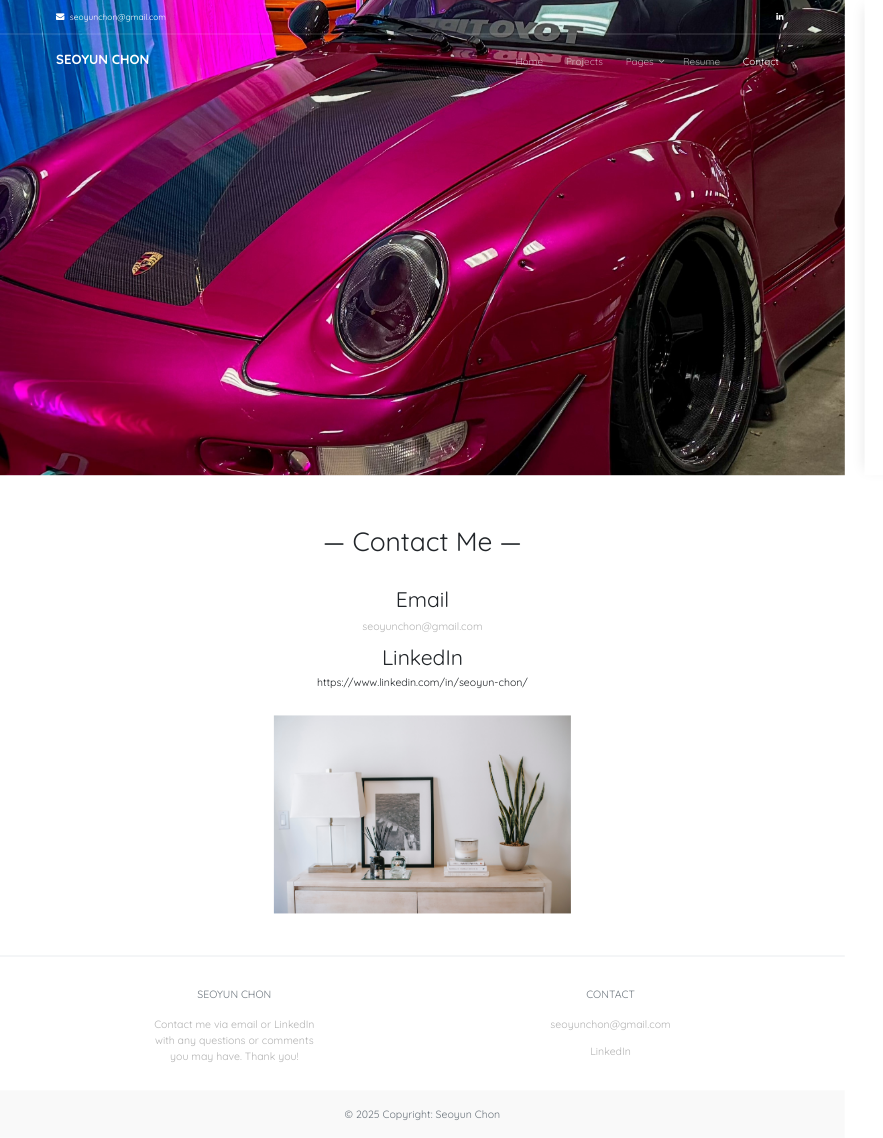
Repository: schon02/seoyun-chon-portfolio
Page: contact_page.html
An editor plug-in stored every save of this project. The page is shown before and after the next save, followed by the edit.
The browser window is 1280 px wide. The page is 1338 px wide, so the pictures cover 1338 px, including what lies to the right of the window. The pictures show the whole page, at 66% of full size.

Above is the page before, as saved 2025-01-26 19:19:26.

After the next save:
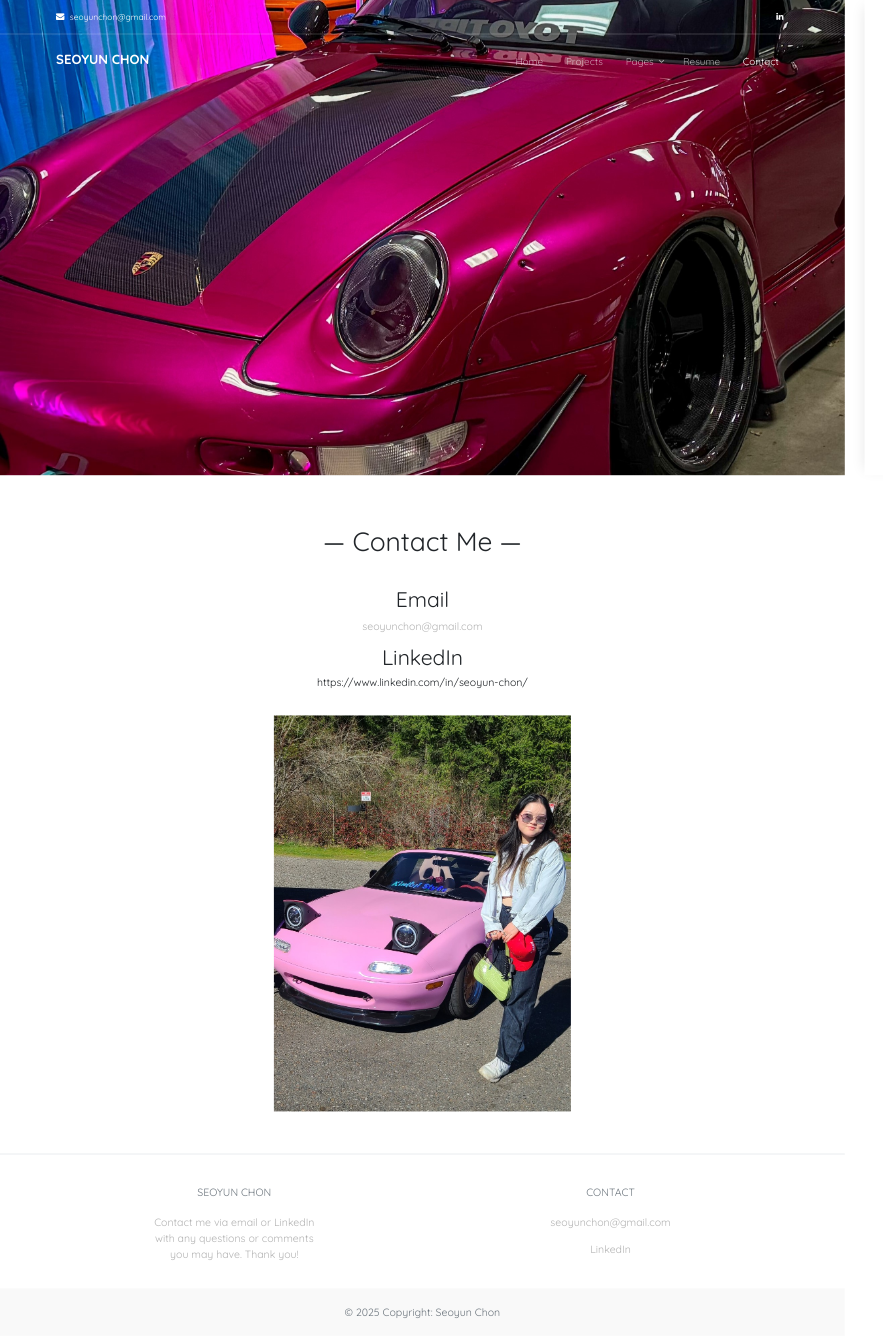
Saved 38 min 16 s later.
--- a/contact_page.html
+++ b/contact_page.html
@@ -131,7 +131,7 @@
             <!-- <h2>Order-Specific Emails</h2>
             <p>orders@domain.com</p>
             <p>returns@domain.com</p> -->
-            <p><img src="images/white-livingroom-contact.jpg"
+            <p><img src="images/pink_miata.JPEG"
                  style="width:450px; padding-top: 1cm;"></p>
         </div>
 
